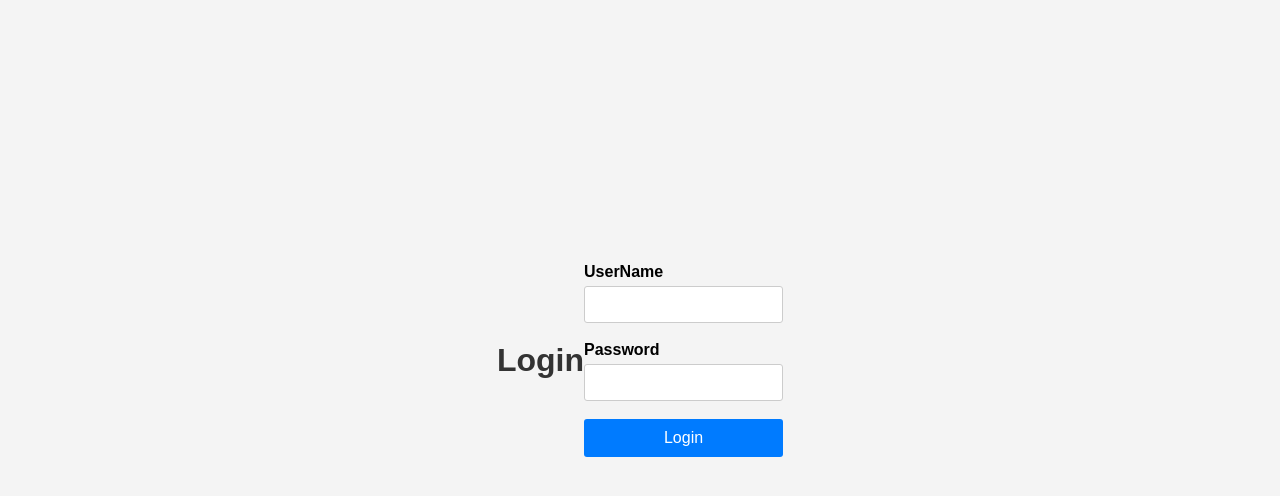
Repository: Yemili/springboot_application
Page: workspace/student/src/main/resources/templates/login.html
These files come from the project's save history. The page is drawn as it stood at one moment and after the next save; the edit follows.
The browser window is 1280 px wide. The pictures show the whole page.

Above is the page before, as saved 2024-10-07 10:55:04.

After the next save:
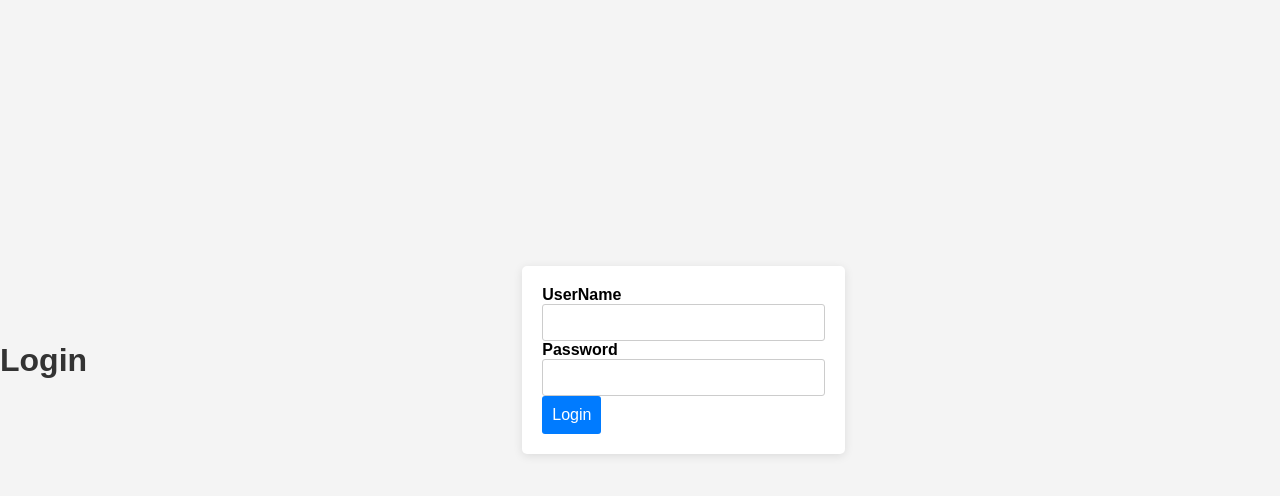
Saved 71 s later.
--- a/workspace/student/src/main/resources/templates/css/loginstyles.css
+++ b/workspace/student/src/main/resources/templates/css/loginstyles.css
@@ -12,7 +12,7 @@ h1 {
     color: #333;
 }
 
-.login-container {
+/* .login-container {
     background-color: white;
     padding: 20px;
     border-radius: 5px;
@@ -28,11 +28,21 @@ h1 {
 h2 {
     text-align: center;
     margin-bottom: 20px;
+} */
+
+/* .form-group {
+    margin-bottom: 15px;
+} */
+
+form {
+    background: white;
+    padding: 20px;
+    border-radius: 5px;
+    box-shadow: 0 2px 10px rgba(0, 0, 0, 0.1);
+    max-width: 400px;
+    margin: auto;
 }
 
-.form-group {
-    margin-bottom: 15px;
-}
 
 label {
     margin-bottom: 5px;
